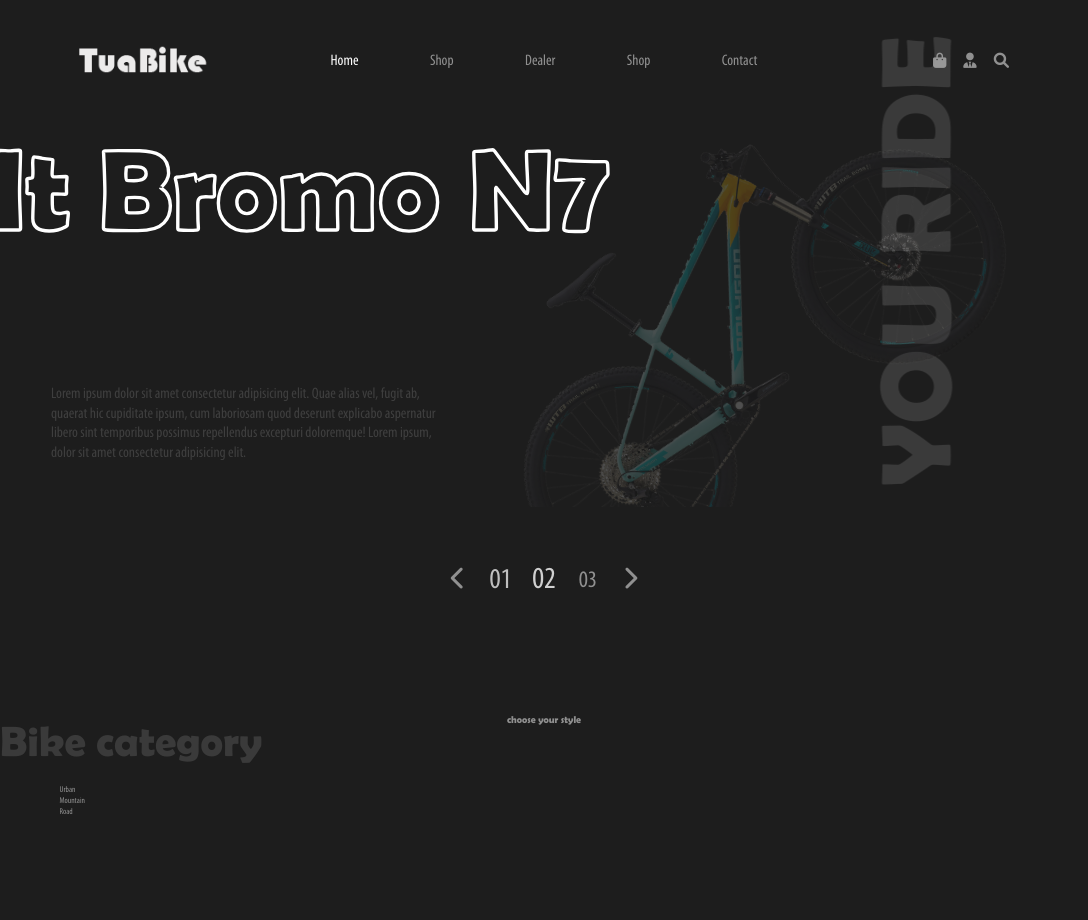
Repository: phamhuuloc/TourBike
Page: index.html
An editor plug-in stored every save of this project. The page is shown before and after the next save, followed by the edit.
The browser window is 1280 px wide. The pictures show the whole page, at 85% of full size.

Above is the page before, as saved 2021-11-06 09:42:59.

### index.html
<!DOCTYPE html>
<html lang="en">
  <head>
    <meta charset="UTF-8" />
    <meta http-equiv="X-UA-Compatible" content="IE=edge" />
    <meta name="viewport" content="width=device-width, initial-scale=1.0" />
    <title>Tour Bike</title>
    <!--  font awesome -->
    <link
      rel="stylesheet"
      href="https://cdnjs.cloudflare.com/ajax/libs/font-awesome/6.0.0-beta2/css/all.min.css"
      integrity="sha512-YWzhKL2whUzgiheMoBFwW8CKV4qpHQAEuvilg9FAn5VJUDwKZZxkJNuGM4XkWuk94WCrrwslk8yWNGmY1EduTA=="
      crossorigin="anonymous"
      referrerpolicy="no-referrer"
    />
    <!-- css -->
    <link rel="stylesheet" href="" />
    <link rel="stylesheet" href="./assets/css/main.css" />
  </head>
  <body>
    <!-- Header -->
    <header>
      <!-- logo -->
      <a href="" class="logo">
        <img src="./assets/images/TuaBike.png" alt="" />
      </a>
      <!-- menu -->
      <div class="main-menu-wrapper">
        <ul class="main-menu">
          <li class=""><a href="" class="active">home</a></li>
          <li><a href="">shop</a></li>
          <li><a href="">dealer</a></li>
          <li><a href="">shop</a></li>
          <li><a href="">contact</a></li>
        </ul>
      </div>
      <ul class="user-menu">
        <li>
          <a href="#"><i class="fas fa-shopping-bag"></i></a>
        </li>
        <li>
          <a href="#"><i class="fas fa-user-tie"></i></a>
        </li>
        <li>
          <a href=""><i class="fas fa-search"></i></a>
        </li>
      </ul>
    </header>
    <!-- banner -->
    <section class="banner">
      <div class="slide-container" id="slide">
        <!-- slide item -->
        <div class="slide-item">
          <!-- heading -->
          <div class="slide-heading">
            <!-- title -->
            <h2 class="slide-title">Polygon siskiu</h2>
            <!-- desc -->
            <p class="slide-desc">
              Lorem ipsum dolor sit amet consectetur adipisicing elit. Quae
              alias vel, fugit ab, quaerat hic cupiditate ipsum, cum laboriosam
              quod deserunt explicabo aspernatur libero sint temporibus possimus
              repellendus excepturi doloremque! Lorem ipsum, dolor sit amet
              consectetur adipisicing elit.
            </p>
            <!-- btn -->
            <div class="slide-btn">
              <a href="" class="slide-btn-link">By now</a>
            </div>
          </div>
          <!-- img -->
          <div class="slide-img">
            <img src="./assets/images/MTBROMO_N7_2022.png" alt="" />
          </div>
        </div>
        <!-- slide item -->
        <div class="slide-item">
          <!-- heading -->
          <div class="slide-heading">
            <!-- title -->
            <h2 class="slide-title">mt bromo n7</h2>
            <!-- desc -->
            <p class="slide-desc">
              Lorem ipsum dolor sit amet consectetur adipisicing elit. Quae
              alias vel, fugit ab, quaerat hic cupiditate ipsum, cum laboriosam
              quod deserunt explicabo aspernatur libero sint temporibus possimus
              repellendus excepturi doloremque! Lorem ipsum, dolor sit amet
              consectetur adipisicing elit.
            </p>
            <!-- btn -->
            <div class="slide-btn">
              <a href="" class="slide-btn-link">By now</a>
            </div>
          </div>
          <!-- img -->
          <div class="slide-img">
            <img src="./assets/images/6489548.png" alt="" />
          </div>
        </div>
        <!-- slide item -->
        <div class="slide-item">
          <!-- heading -->
          <div class="slide-heading">
            <!-- title -->
            <h2 class="slide-title">cascade mount</h2>
            <!-- desc -->
            <p class="slide-desc">
              Lorem ipsum dolor sit amet consectetur adipisicing elit. Quae
              alias vel, fugit ab, quaerat hic cupiditate ipsum, cum laboriosam
              quod deserunt explicabo aspernatur libero sint temporibus possimus
              repellendus excepturi doloremque! Lorem ipsum, dolor sit amet
              consectetur adipisicing elit.
            </p>
            <!-- btn -->
            <div class="slide-btn">
              <a href="" class="slide-btn-link">By now</a>
            </div>
          </div>
          <!-- img -->
          <div class="slide-img">
            <img src="./assets/images/b1.png" alt="" />
          </div>
        </div>
        <!-- background tittle -->
        <div class="slide-txt">you ride</div>
        <!-- slide control -->
        <ul class="slide-control">
          <li class="slide-prev"><i class="fas fa-chevron-left"></i></li>
          <li class="slide-control-item active">01</li>
          <li class="slide-control-item">02</li>
          <li class="slide-control-item">03</li>
          <li class="slide-next"><i class="fas fa-chevron-right"></i></li>
        </ul>
      </div>
    </section>
    <!-- category section -->
    <section class="section">
      <div class="section-title">
        <h3 class="second-title">Bike category</h3>
        <h3 class="main-title">choose your style</h3>
      </div>
      <div class="section-container">
        <div class="row">
          <div class="col-4">
            <div class="category-img">
              <div
                class="category-img-inner"
                style="
                  background-image: url(./assets/images/alvan-nee-EHILKZNmTuA-unsplash.jpg);
                "
              ></div>
              <div class="category-title">Urban</div>
            </div>
          </div>
          <div class="col-4">
            <div class="category-img">
              <div
                class="category-img-inner"
                style="
                  background-image: url(./assets/images/eberhard-grossgasteiger-8lDkmXnKo7s-unsplash.jpg);
                "
              ></div>
              <div class="category-title">Mountain</div>
            </div>
          </div>
          <div class="col-4">
            <div class="category-img">
              <div
                class="category-img-inner"
                style="
                  background-image: url(./assets/images/tom-austin-3L76b-LMyeI-unsplash.jpg);
                "
              ></div>
              <div class="category-title">Road</div>
            </div>
          </div>
        </div>
      </div>
    </section>
    <script src="./assets/js/main.js"></script>
  </body>
</html>

### assets/css/main.css
@font-face {
  font-family: MyriadProCondensed;
  src: url(../fonts/MyriadProCondensed/MyriadProCondensed.ttf);
}
@font-face {
  font-family: BerlinSansFBDemiBold;
  src: url(../fonts/BerlinSansFBDemiBold/BerlinSansFBDemiBold.ttf);
}
:root {
  --main-color: #1d1d1d;
  --second-color: #3a3a3a;
  --text-color: #bbbb;
  --text-white: #fff;

  --header-height: 144px;
  --header-padding: 93px;
}
* {
  padding: 0;
  margin: 0;
  box-sizing: border-box;
  user-select: none;
}
html {
  font-size: 62.5%;
  scroll-behavior: smooth;
}
ul {
  list-style: none;
}
a {
  text-decoration: none;
  color: var(--text-color);
}
img {
  max-width: 100%;
}
body {
  background-color: var(--main-color);
  color: var(--text-color);
  font-family: MyriadProCondensed, sans-serif;
  overflow-x: hidden;
}
/* header */
header {
  position: fixed;
  top: 0;
  left: 0;
  z-index: 99;
  width: 100%;
  height: var(--header-height);
  background-color: transparent;
  display: flex;
  align-items: center;
  justify-content: space-between;
  padding: 0 var(--header-padding);
  transition: height 0.3s ease;
}
header.shrink {
  height: 6rem;
  background-color: var(--second-color);
}
.main-menu-wrapper {
  position: absolute;
  inset: 0;
  display: flex;
  align-items: center;
  justify-content: center;
  pointer-events: none;
}
.main-menu {
  display: flex;
  pointer-events: visible;
}
.main-menu > li > a {
  text-transform: capitalize;
  font-size: 1.8rem;
  color: var(--text-color);
  transform: all 0.3s ease;
}
.main-menu > li > a.active {
  color: var(--text-white);
}
.main-menu > li ~ li {
  margin-left: 84px;
}
.main-menu > li > a:hover,
.user-menu > li > a:hover {
  transition: all 0.3s ease;
  color: var(--text-white);
}
.user-menu {
  display: flex;
  align-items: center;
  justify-content: center;
}
.user-menu > li > a > i {
  font-size: 1.8rem;
}
.user-menu > li ~ li {
  margin-left: 2rem;
}
/* banner */
.banner {
  position: relative;
  height: 100vh;
  padding-top: var(--header-height);
}
.slide-item {
  display: flex;
  height: 0;
  overflow: hidden;
}
.slide-item.active {
  height: 100%;
}
.slide-img {
  width: 58%;
  padding-right: 8rem;
  padding-top: 4rem;
  z-index: 1;
}
.slide-img img {
  width: 100%;
  transform: rotate(-70deg);
  opacity: 0;
  transition: transform 1s cubic-bezier(0.175, 0.885, 0.32, 1.275),
    opacity 0.6s ease 0s;
}
.slide-item.active .slide-img img {
  transform: rotate(0);
  opacity: 1;
}
.slide-heading {
  width: 42%;
  padding-left: 6rem;
}
.slide-title {
  width: max-content;
  font-size: 13.6rem;
  text-transform: capitalize;
  font-family: BerlinSansFBDemiBold;
  color: var(--text-white);
  -webkit-text-fill-color: transparent;
  -webkit-text-stroke-width: 4px;
  transform: translateX(-200px);
  transition: all 0.5s ease;
}
.slide-item.active .slide-title {
  transform: translateX(0);
}

.slide-desc,
.slide-btn {
  margin-top: 8.4rem;
}

.slide-desc {
  font-size: 1.8rem;
  transition: 0.3s;
}

.slide-btn {
  display: inline-block;
}
.slide-btn-link {
  font-size: 2rem;
  font-weight: 700;
  padding: 10px 50px;
  background-color: white;
  color: var(--main-color);
  cursor: pointer;
  text-transform: uppercase;
  transition: all 0.3s ease 0s;
}
.slide-item.active .slide-btn:hover {
  transition: all 0.2s ease;
  transform: translateY(-10px);
}
.slide-desc,
.slide-btn {
  transform: translateY(100px);
  opacity: 0;
  transition: transform 0.5s ease, opacity 0.5s ease;
}
.slide-btn {
  transition-delay: 0.2s;
}
.slide-item.active .slide-desc,
.slide-item.active .slide-btn {
  transform: translateY(0);
  opacity: 1;
}
.slide-txt {
  position: absolute;
  top: 240px;
  right: -60px;
  transform: rotate(-90deg);
  font-size: 11.75rem;
  font-family: BerlinSansFBDemiBold;
  color: var(--second-color);
  text-transform: uppercase;
}
.slide-control {
  position: absolute;
  left: 50%;
  bottom: 20px;
  transform: translateX(-50%);
  display: flex;
  align-items: center;
  justify-content: center;
}

.slide-control > li {
  font-size: 2.8rem;
  cursor: pointer;
  transition: all 0.3s ease;
}
.slide-control > li.active {
  transform: scale(1.5);
  color: var(--text-white);
}
.slide-control > li:hover {
  color: var(--text-white);
}
.slide-control > li ~ li {
  margin-left: 3rem;
}
/* section */
.section {
  padding: 12rem 0;
}
.section-container {
  padding: 7rem 7rem 0;
}
.section-title {
  font-family: BerlinSansFBDemiBold;
  text-align: center;
  position: relative;
}
.second-title > h3 {
  text-transform: uppercase;
}
.second-title {
  font-size: 5rem;
  color: var(--second-color);
  position: absolute;
  top: 24%;
  bottom: 40%;
  z-index: -1;
}

### assets/js/main.js
let banner_slide = document.querySelector("#slide");
let banner_slide_items = banner_slide.querySelectorAll(".slide-item");
let banner_slide_index = 0;
let banner_slide_play = true;
let banner_slide_control_items = banner_slide.querySelectorAll(
  ".slide-control-item"
);
let slide_prev = banner_slide.querySelector(".slide-prev");
let slide_next = banner_slide.querySelector(".slide-next");

showSlide = (index) => {
  banner_slide.querySelector(".slide-item.active").classList.remove("active");
  banner_slide_items[index].classList.add("active");

  banner_slide
    .querySelector(".slide-control-item.active")
    .classList.remove("active");
  banner_slide_control_items[index].classList.add("active");
};
nextSlide = () => {
  banner_slide_index =
    banner_slide_index + 1 === banner_slide_items.length
      ? 0
      : banner_slide_index + 1;
  showSlide(banner_slide_index);
};
prevSlide = () => {
  banner_slide_index =
    banner_slide_index - 1 < 0
      ? banner_slide_items.length - 1
      : banner_slide_index - 1;
  showSlide(banner_slide_index);
};
slide_next.addEventListener("click", () => nextSlide());
slide_prev.addEventListener("click", () => prevSlide());
// add event to slide select
banner_slide_control_items.forEach((item, index) => {
  item.addEventListener("click", () => showSlide(index));
});
// pause slide when mouse come in slider
banner_slide.addEventListener("mouseover", () => (banner_slide_play = false));
// resume slide  when mouse log out slider
banner_slide.addEventListener("mouseleave", () => (banner_slide_play = true));
setTimeout(() => {
  banner_slide_items[0].classList.add("active");
}, 200);

// auto next slide
setInterval(() => {
  if (!banner_slide_play) return;
  nextSlide();
}, 5000);

After the next save:
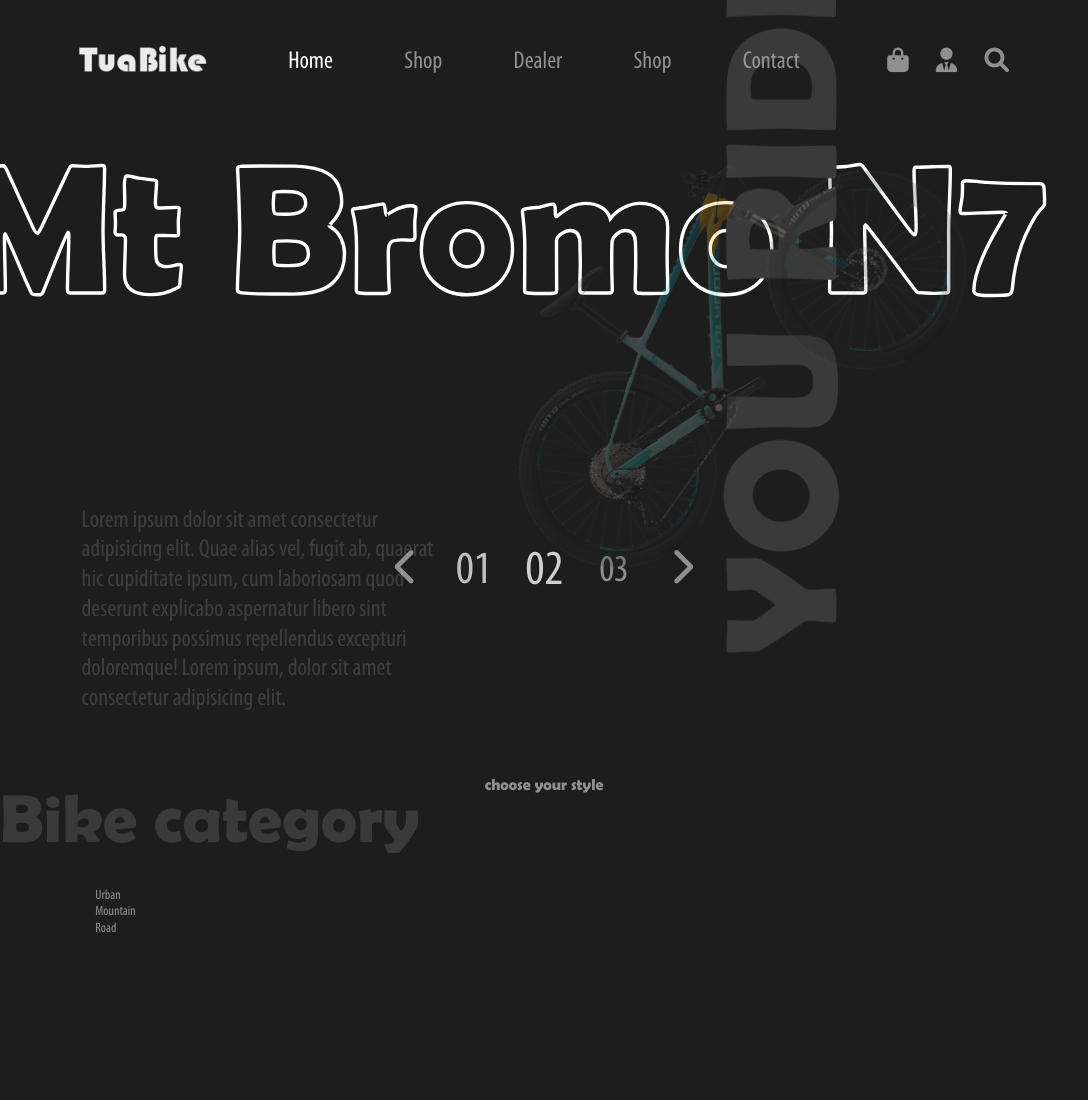
Saved 73 s later.
--- a/assets/css/main.css
+++ b/assets/css/main.css
@@ -22,7 +22,7 @@
   user-select: none;
 }
 html {
-  font-size: 62.5%;
+  /* font-size: 62.5%; */
   scroll-behavior: smooth;
 }
 ul {

After the save that followed:
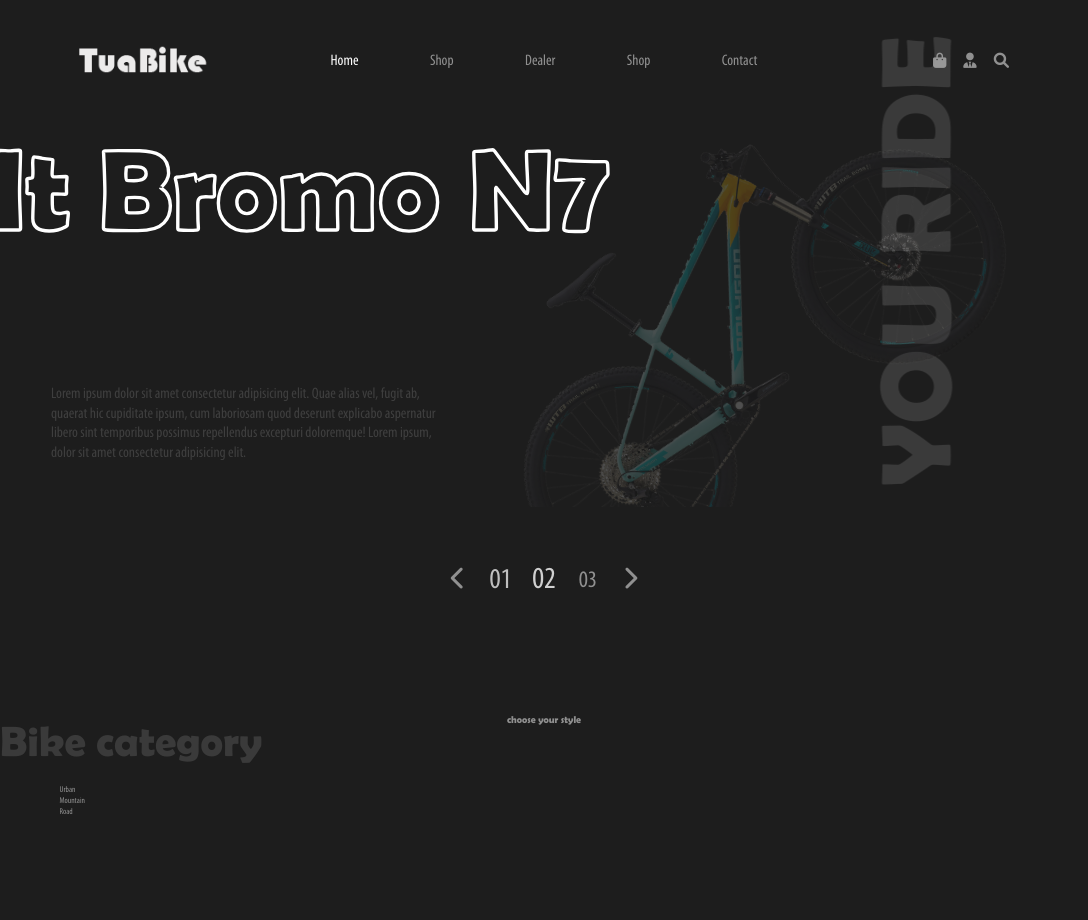
Saved 7 s later.
--- a/assets/css/main.css
+++ b/assets/css/main.css
@@ -22,7 +22,7 @@
   user-select: none;
 }
 html {
-  /* font-size: 62.5%; */
+  font-size: 62.5%;
   scroll-behavior: smooth;
 }
 ul {
